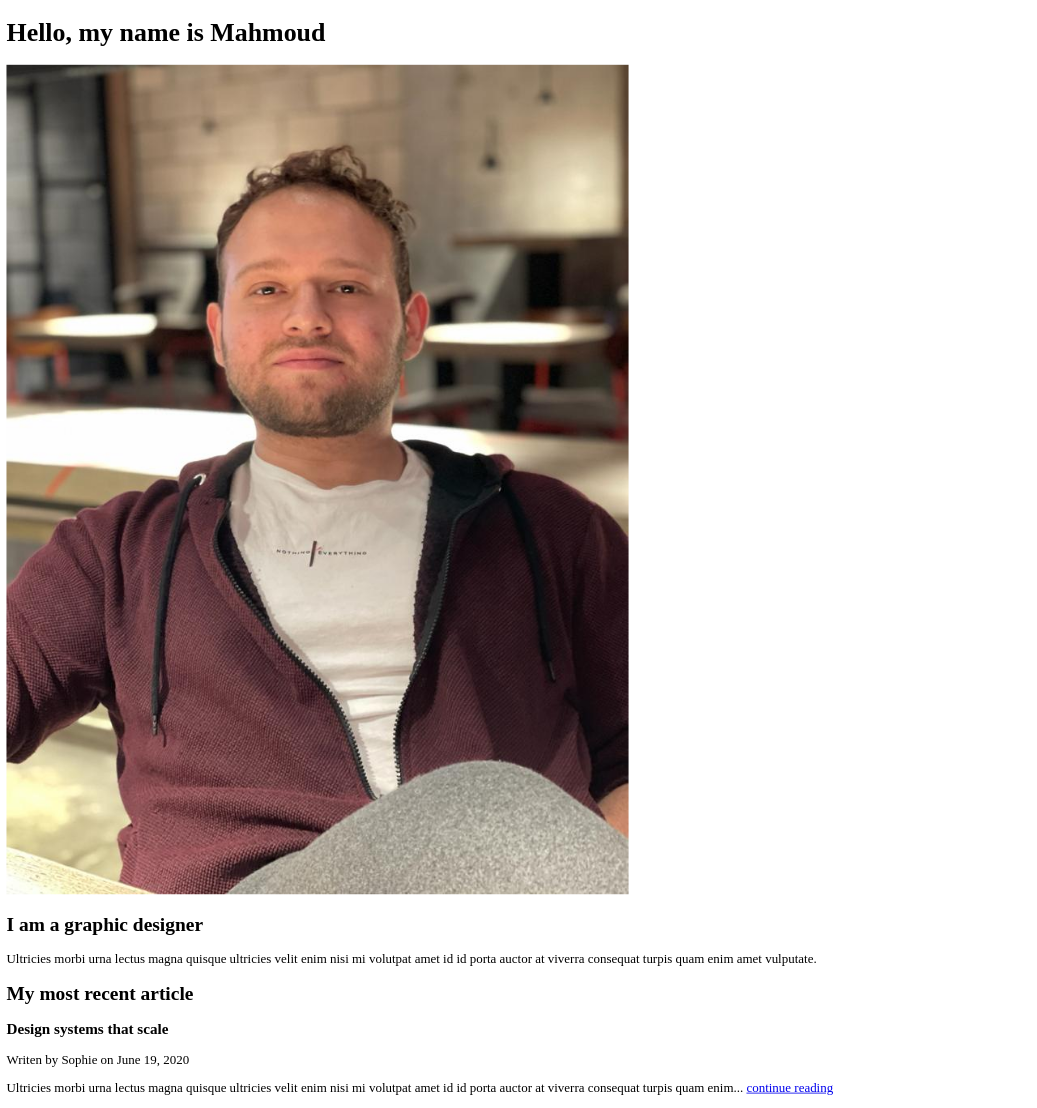
Repository: Doumham-Armah/portfolio
Page: index.html
These files come from the project's save history. The page is drawn as it stood at one moment and after the next save; the edit follows.
The browser window is 1280 px wide. The pictures show the whole page, at 81% of full size.

Above is the page before, as saved 2021-08-16 22:57:13.

### index.html
<!DOCTYPE html>
<html>
  <head>
    <title>HTML & CSS Fundamentals | Challenges</title>
  </head>
  <body>
    <div class="container">
      <h1>Hello, my name is Mahmoud</h1>
      <img src="./images/photo.jpeg" />
      <h2>I am a graphic designer</h2>
      <p>
        Ultricies morbi urna lectus magna quisque ultricies velit enim nisi mi
        volutpat amet id id porta auctor at viverra consequat turpis quam enim
        amet vulputate.
      </p>

      <h2>My most recent article</h2>
      <article>
        <h3>Design systems that scale</h3>
        <p>Writen by Sophie on June 19, 2020</p>
        <p>
          Ultricies morbi urna lectus magna quisque ultricies velit enim nisi mi
          volutpat amet id id porta auctor at viverra consequat turpis quam
          enim... <a href="#">continue reading</a>
        </p>
      </article>
    </div>
  </body>
</html>

### style.css
body {
  margin: 0;
}

.container {
  width: 570px;
  margin: 0 auto;
  border: 1px solid red;
}

After the next save:
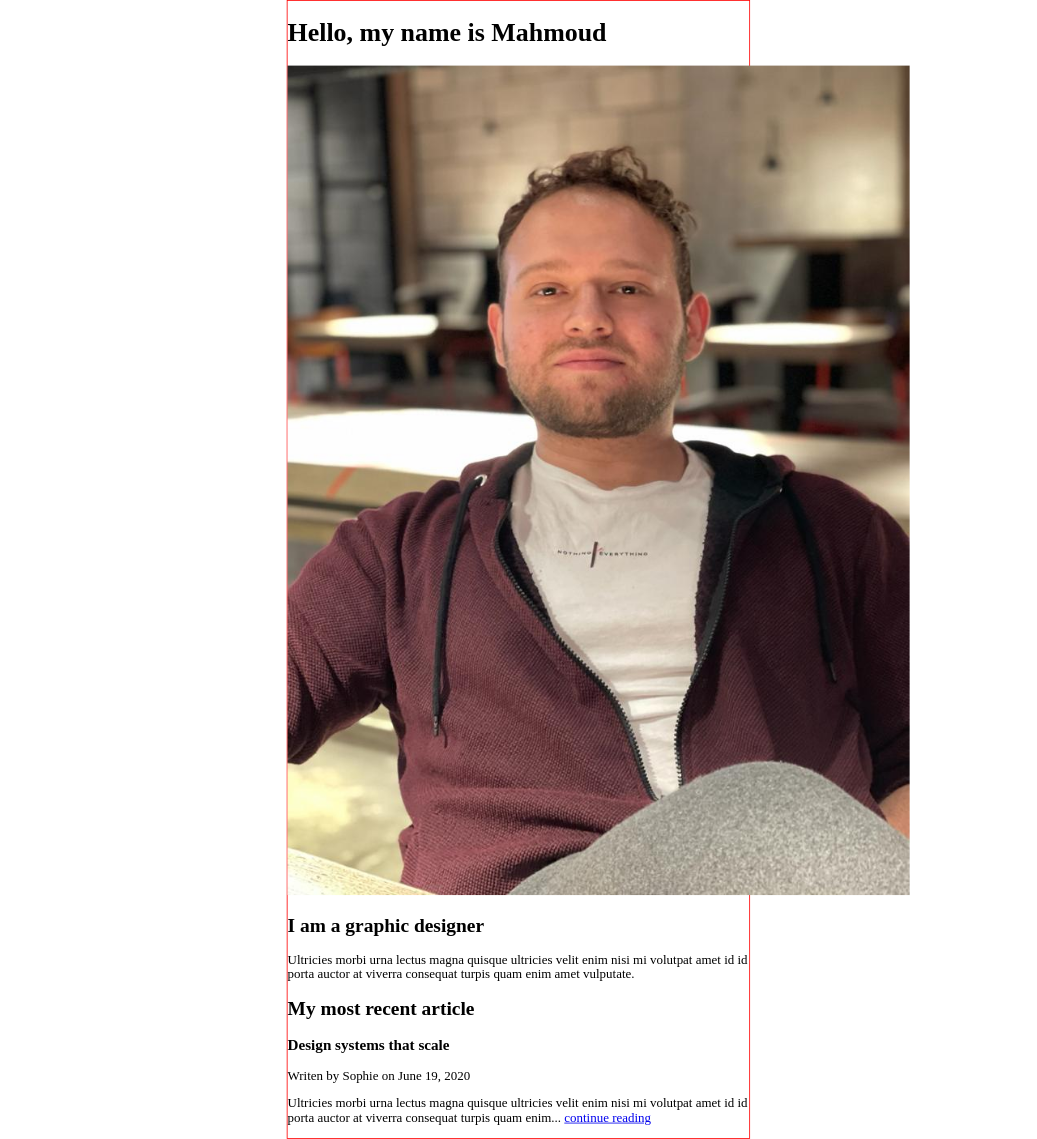
Saved 45 s later.
--- a/index.html
+++ b/index.html
@@ -2,6 +2,7 @@
 <html>
   <head>
     <title>HTML & CSS Fundamentals | Challenges</title>
+    <link href="./style.css" rel="stylesheet" />
   </head>
   <body>
     <div class="container">
